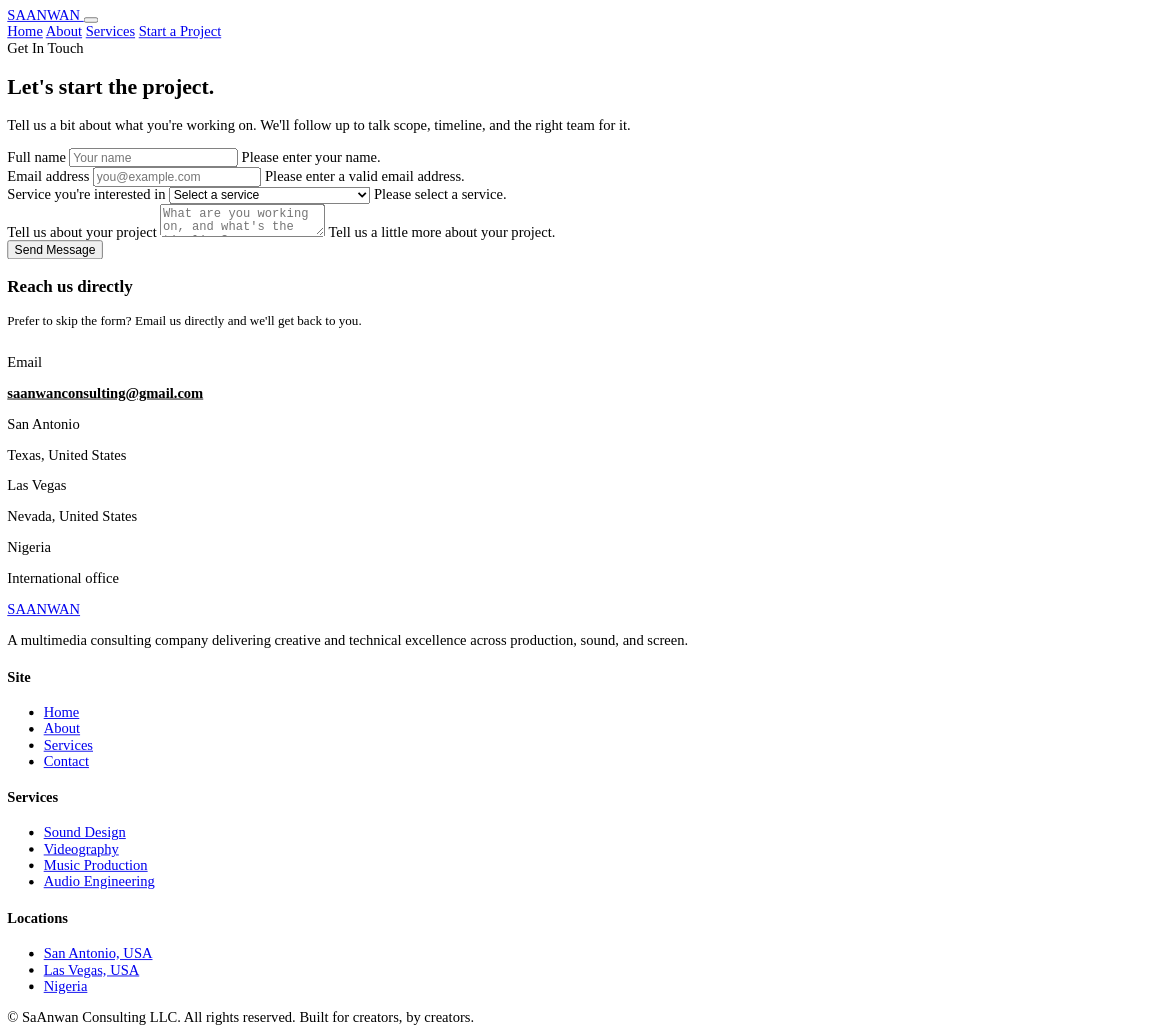
Repository: joshuaonazi/saanwan
Page: contact.html
An editor plug-in stored every save of this project. The page is shown before and after the next save, followed by the edit.
The browser window is 1280 px wide. The pictures show the whole page, at 91% of full size.

Above is the page before, as saved 2026-07-09 19:20:29.
Not found: css/style.css
Not found: js/script.js

After the next save:
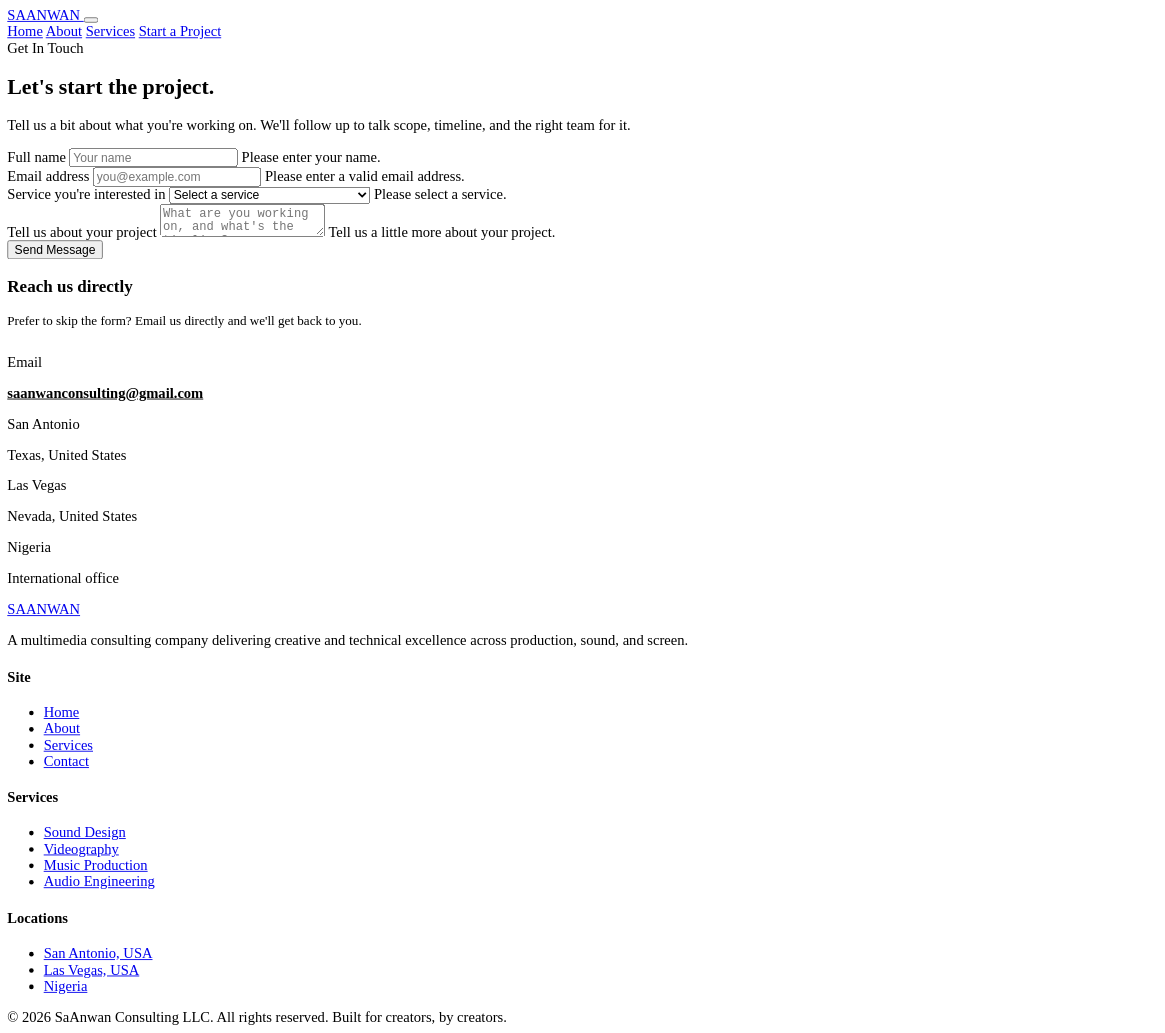
Saved 22 s later.
--- a/contact.html
+++ b/contact.html
@@ -159,6 +159,6 @@
   </div>
 </footer>
 
-<script src="js/script.js"></script>
+<script src="index.js"></script>
 </body>
 </html>
